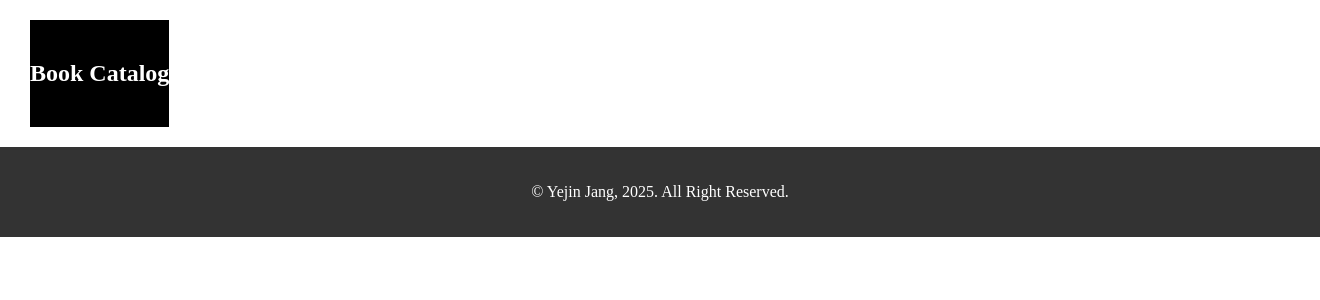
Repository: Yejin-Digital/Lab3-Assignment-BookCatalog
Page: /
The author's editor kept a copy of each file at every save. The page is drawn from the files as they stood at one save, then again after the next save.
The browser window is 1280 px wide. The page is 1320 px wide, then 1280 px, so the pictures cover 1320 px, including what lies to the right of the window. The pictures show the whole page.
The project was rebuilt for these pictures with package versions that can differ from the ones it lists, and the page was loaded fresh each time. Also part of the build but not shown: vite.config.js.

Above is the page before, as saved 2025-09-19 01:26:51.

### index.html
<!DOCTYPE html>
<html lang="en">
  <head>
    <meta charset="UTF-8" />
    <link rel="icon" type="image/svg+xml" href="/vite.svg" />
    <meta name="viewport" content="width=device-width, initial-scale=1.0" />
    <title>Book Catalog Assignment</title>
  </head>
  <body>
    <div id="root"></div>
    <script type="module" src="/src/main.jsx"></script>
  </body>
</html>

### src/index.css
html {
  font-family: 'Times New Roman', Times, serif;
}

body {
  margin: 0;
  min-height: 100vh;
  display: flex;
  flex-direction: column;
  align-items: center;
}

.app {
  margin: 0 auto;
  width: 100%;
}

#root {
  flex: 1;
  width: 100%;
}

header {
  background-color: black;
  color: white;
  text-align: center;
  width: 100%;
  padding: 20px 0;
  margin: 0;
}

.footer-content {
  background-color: #333;
  color: white;
  text-align: center;
  padding: 20px;
  width: 100%;
}

.content {
  justify-content: flex-start;
  margin: 20px 30px;
  display: inline-flex;
  flex-direction: row;
  gap: 20px;
}

### src/App.jsx
import Header from './components/Header';
import Footer from './components/Footer';

function App() {
  return (
    <div className="app">
      <section className="content">
        <Header />
      </section>
      <Footer />
    </div>
  );
}

export default App;

### src/components/Header.jsx
function AppHeader() {
  return (
    <header>
      <h1>Book Catalog</h1>
    </header>
  );
}

export default AppHeader;

### src/components/Footer.jsx
export default function Footer() {
  return (
    <footer class="footer-content">
      <p>&copy; Yejin Jang, 2025. All Right Reserved.</p>
    </footer>
  );
}

Loaded but not shown: src/main.jsx (common file)

After the next save:
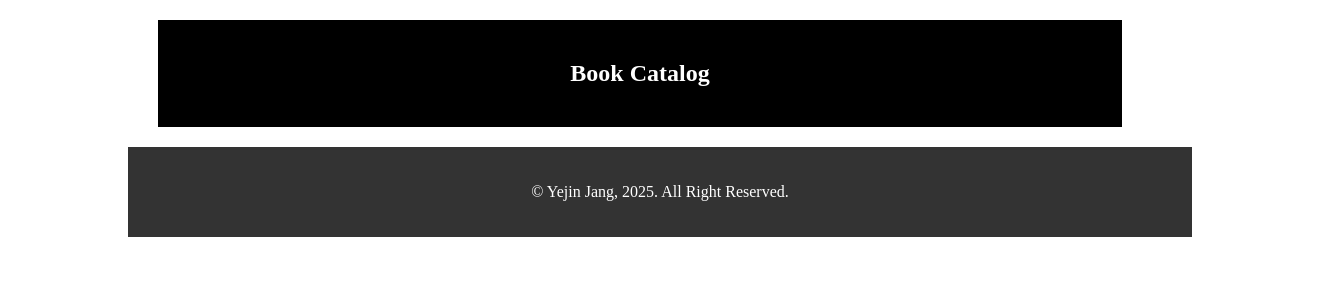
Saved 29 s later.
--- a/src/index.css
+++ b/src/index.css
@@ -11,8 +11,12 @@ body {
 }
 
 .app {
+  display: flex;
+  flex-direction: column;
+  width: 80%;
   margin: 0 auto;
-  width: 100%;
+  min-height: 100%;
+  justify-content: space-between;
 }
 
 #root {
